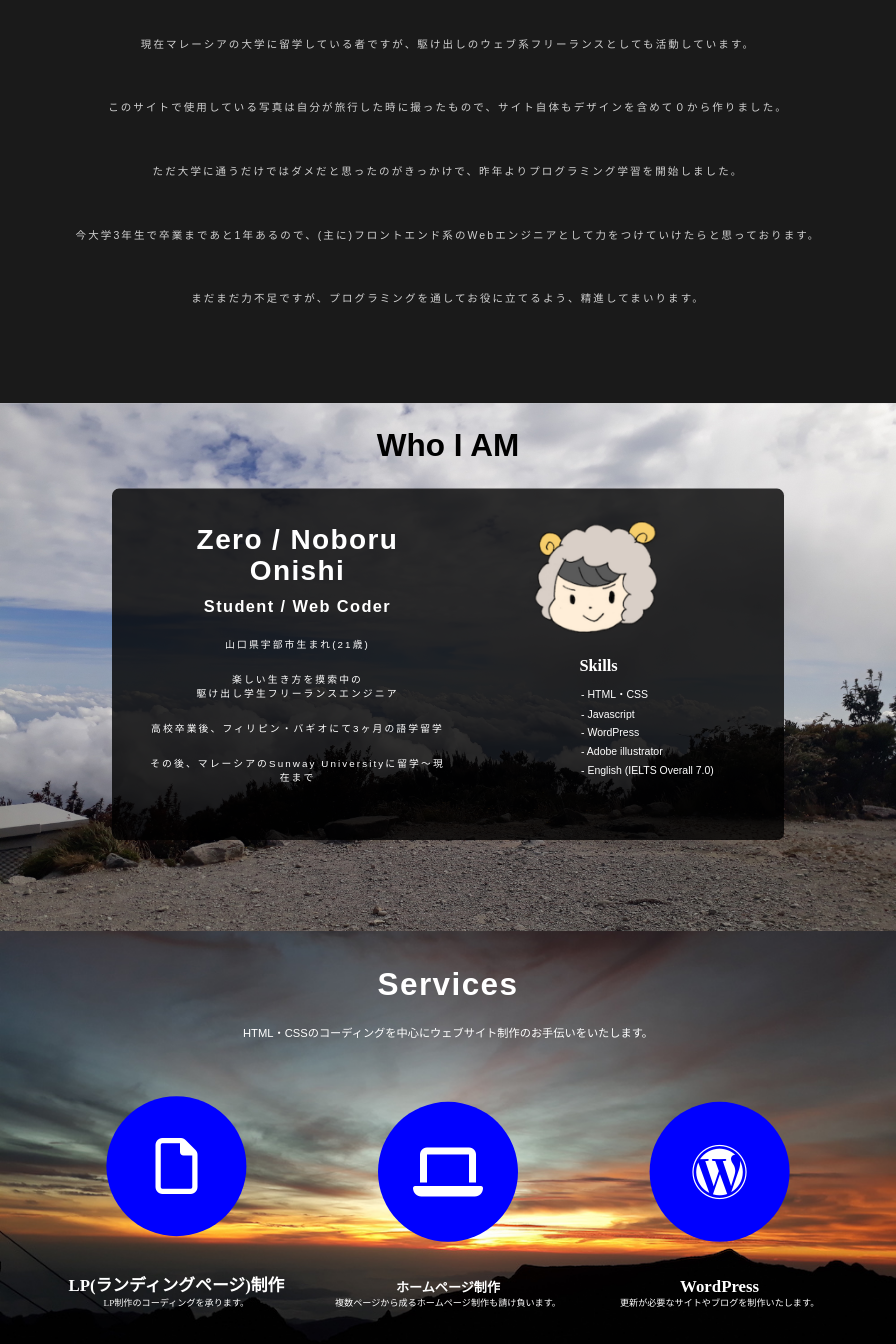
Repository: ZeroRequiem126/MyPortfolioSite
Page: top.html
The author's editor kept a record of every edit. The page is drawn from the files as they stood at one moment, then again after the next edit.
The browser window is 1280 px wide. The pictures show the part of the page from y = 900 to 2820 px (the page is 2820 px tall before and 2800 px after), at 70% of full size.
Some web libraries are served in a nearby version.

Above is the page before.

After the next edit:
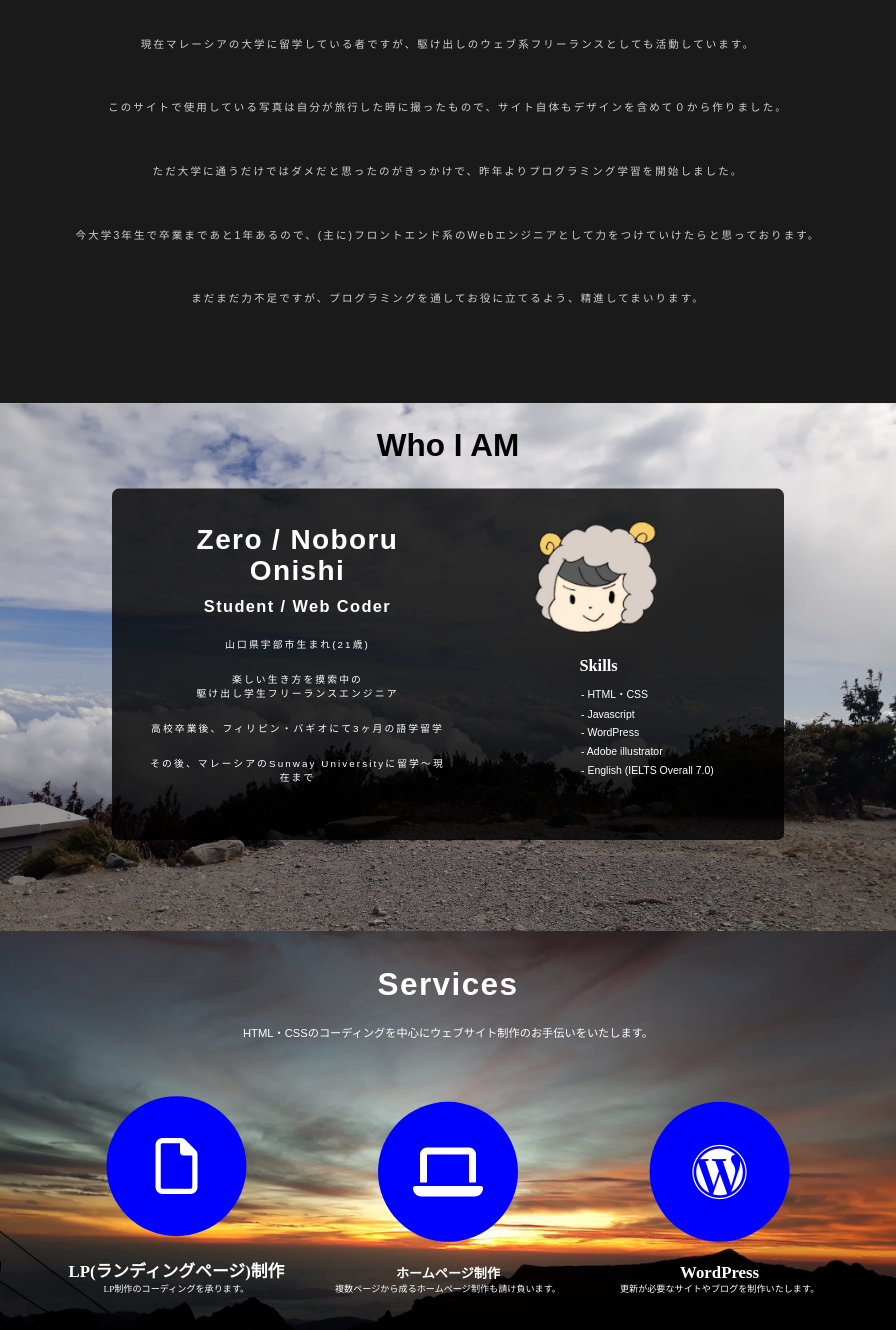
The edit:
--- a/top.css
+++ b/top.css
@@ -190,7 +190,7 @@
     font-size: 80px;
     border-radius: 50%;
     background-color: blue;
-    margin-bottom: 50px;
+    margin-bottom: 30px;
     width: 200px;
     height: 200px;
     line-height: 200px;
